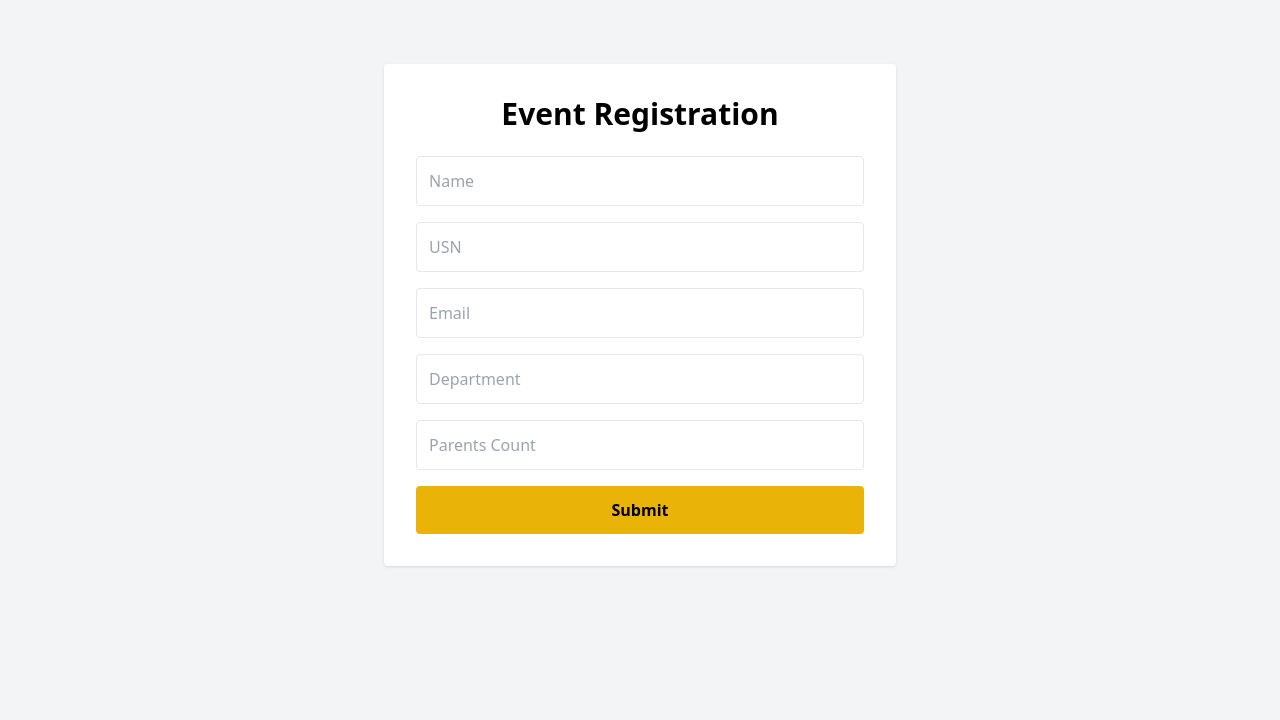
Repository: shravanramakunja/EventEase
Page: http://localhost/register
These files come from the project's save history. The page is drawn as it stood at one moment and after the next save; the edit follows.
The browser window is 1280 px wide. The pictures show the whole page.
Some web libraries are served in a nearby version. The page is served by the project's Node server (server.js). Other server files are loaded and not shown.

Above is the page before, as saved 2025-11-29 16:12:57.

### views/register.ejs
<!DOCTYPE html>
<html>
<head>
  <title>Register</title>
  <script src="https://cdn.tailwindcss.com"></script>
</head>

<body class="bg-gray-100">

<div class="max-w-lg mx-auto mt-16 bg-white p-8 rounded shadow">
  <h1 class="text-3xl font-bold mb-6 text-center">Event Registration</h1>

  <form action="/register" method="POST" class="space-y-4">

    <input type="text" name="name" placeholder="Name"
      class="w-full border p-3 rounded" required>

    <input type="text" name="usn" placeholder="USN"
      class="w-full border p-3 rounded" required>

    <input type="email" name="email" placeholder="Email"
      class="w-full border p-3 rounded" required>

    <input type="text" name="department" placeholder="Department"
      class="w-full border p-3 rounded" required>

    <input type="number" name="parents" placeholder="Parents Count"
      class="w-full border p-3 rounded" required>

    <button class="w-full bg-yellow-500 hover:bg-yellow-600 text-black font-bold py-3 rounded">
      Submit
    </button>
  </form>
</div>

</body>
</html>

### server.js
// server.js

require("dotenv").config();
const express = require("express");
const path = require("path");
const session = require("express-session");
const bodyParser = require("body-parser");

const userRoutes = require("./routes/userRoutes");
const adminRoutes = require("./routes/adminRoutes");
const checkinRoutes = require("./routes/checkinRoutes");
const connectDB = require("./config/db");

const app = express();

// =====================
//  CONNECT DATABASE
// =====================
connectDB();

// =====================
//  MIDDLEWARE
// =====================
app.use(bodyParser.urlencoded({ extended: true }));
app.use(bodyParser.json());
app.use(express.json());
app.use(express.static(path.join(__dirname, "public")));

app.use(
  session({
    secret: process.env.SESSION_SECRET || "somesecretkey",
    resave: false,
    saveUninitialized: false,
    cookie: { maxAge: 24 * 60 * 60 * 1000 }
  })
);

// =====================
//  VIEW ENGINE
// =====================
app.set("view engine", "ejs");
app.set("views", path.join(__dirname, "views"));

// =====================
//  ROUTES
// =====================
app.use("/", userRoutes);
app.use("/admin", adminRoutes);
app.use("/checkin", checkinRoutes);
app.use("/checkin", require("./routes/checkinRoutes"));

// =====================
//  START SERVER
// =====================
const PORT = process.env.PORT || 5000;
app.listen(PORT, () => {
  console.log(`🚀 Server running on http://localhost:${PORT}`);
});

### routes/userRoutes.js
const express = require("express");
const router = express.Router();
const userController = require("../controllers/userController");

// Landing Page (Home)
router.get("/", (req, res) => {
  res.render("index");
});

// Show Registration Form
router.get("/register", (req, res) => {
  res.render("register");  // This is the new register.ejs
});

// Handle Registration Submit
router.post("/register", userController.registerUser);

// Success Page
router.get("/success", (req, res) => {
  res.render("success");
});

module.exports = router;

After the next save:
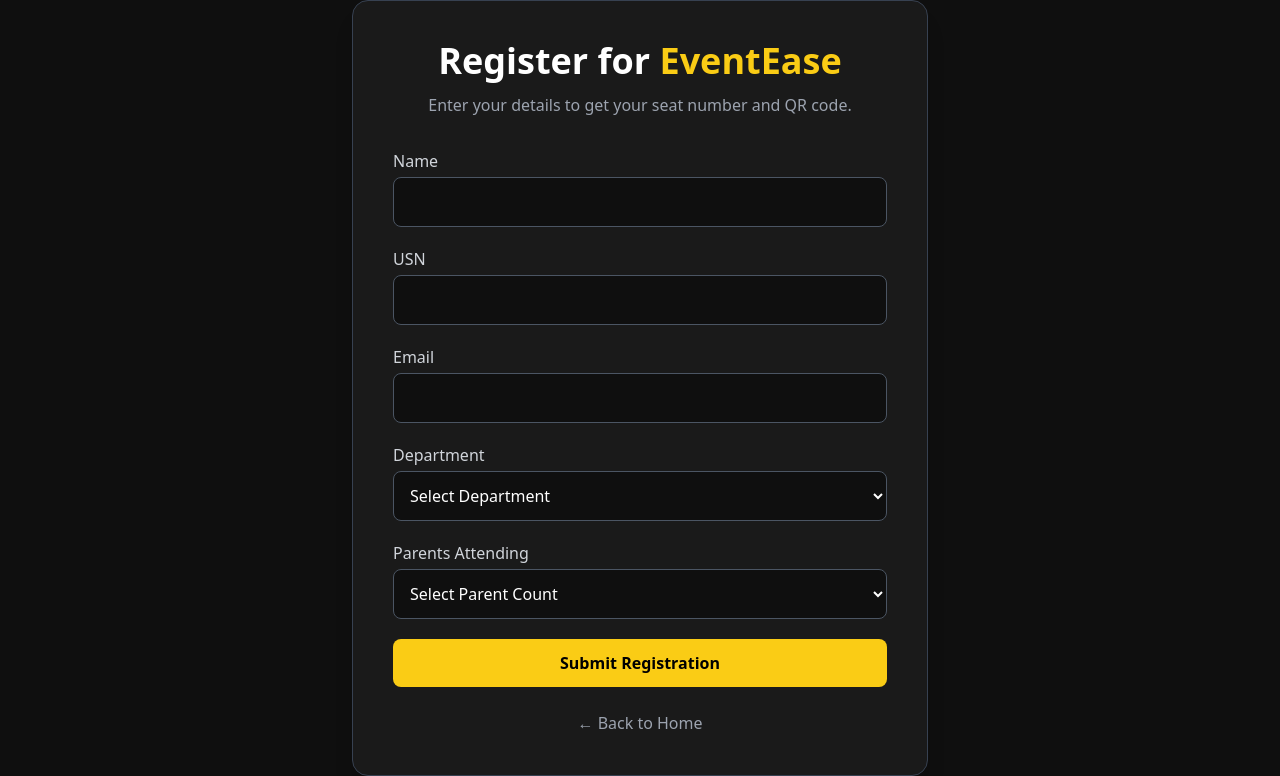
Saved 3 min 0 s later.
--- a/views/register.ejs
+++ b/views/register.ejs
@@ -1,37 +1,112 @@
 <!DOCTYPE html>
-<html>
+<html lang="en">
 <head>
-  <title>Register</title>
+  <meta charset="UTF-8">
+  <title>Register • EventEase</title>
   <script src="https://cdn.tailwindcss.com"></script>
 </head>
 
-<body class="bg-gray-100">
+<body class="bg-[#0f0f0f] text-white min-h-screen flex items-center justify-center px-4">
 
-<div class="max-w-lg mx-auto mt-16 bg-white p-8 rounded shadow">
-  <h1 class="text-3xl font-bold mb-6 text-center">Event Registration</h1>
+  <div class="bg-[#1a1a1a] border border-gray-700 p-10 rounded-2xl shadow-xl max-w-xl w-full">
 
-  <form action="/register" method="POST" class="space-y-4">
+    <h1 class="text-4xl font-extrabold text-center mb-3">
+      Register for <span class="text-yellow-400">EventEase</span>
+    </h1>
 
-    <input type="text" name="name" placeholder="Name"
-      class="w-full border p-3 rounded" required>
+    <p class="text-center text-gray-400 mb-8">
+      Enter your details to get your seat number and QR code.
+    </p>
 
-    <input type="text" name="usn" placeholder="USN"
-      class="w-full border p-3 rounded" required>
+    <form action="/register" method="POST" class="space-y-5">
 
-    <input type="email" name="email" placeholder="Email"
-      class="w-full border p-3 rounded" required>
+      <!-- NAME -->
+      <div>
+        <label class="block mb-1 text-gray-300 font-medium">Name</label>
+        <input
+          type="text"
+          name="name"
+          required
+          class="w-full p-3 rounded-lg bg-[#0f0f0f] border border-gray-600 text-white focus:border-yellow-400 focus:outline-none">
+      </div>
 
-    <input type="text" name="department" placeholder="Department"
-      class="w-full border p-3 rounded" required>
+      <!-- USN -->
+      <div>
+        <label class="block mb-1 text-gray-300 font-medium">USN</label>
+        <input
+          type="text"
+          name="usn"
+          required
+          class="w-full p-3 rounded-lg bg-[#0f0f0f] border border-gray-600 text-white focus:border-yellow-400 focus:outline-none">
+      </div>
 
-    <input type="number" name="parents" placeholder="Parents Count"
-      class="w-full border p-3 rounded" required>
+      <!-- EMAIL -->
+      <div>
+        <label class="block mb-1 text-gray-300 font-medium">Email</label>
+        <input
+          type="email"
+          name="email"
+          required
+          class="w-full p-3 rounded-lg bg-[#0f0f0f] border border-gray-600 text-white focus:border-yellow-400 focus:outline-none">
+      </div>
 
-    <button class="w-full bg-yellow-500 hover:bg-yellow-600 text-black font-bold py-3 rounded">
-      Submit
-    </button>
-  </form>
-</div>
+      <!-- DEPARTMENT DROPDOWN -->
+      <div>
+        <label class="block mb-1 text-gray-300 font-medium">Department</label>
+        <select
+          name="department"
+          required
+          class="w-full p-3 rounded-lg bg-[#0f0f0f] border border-gray-600 text-white focus:border-yellow-400 focus:outline-none">
+
+          <option value="" disabled selected>Select Department</option>
+
+          <option value="CSE">CSE – Computer Science Engineering</option>
+          <option value="ISE">ISE – Information Science Engineering</option>
+          <option value="ECE">ECE – Electronics & Communication</option>
+          <option value="EEE">EEE – Electrical & Electronics</option>
+          <option value="ME">ME – Mechanical Engineering</option>
+          <option value="CE">CE – Civil Engineering</option>
+          <option value="AI & ML">AI & ML – Artificial Intelligence & Machine Learning</option>
+          <option value="AI & DS">AI & DS – Artificial Intelligence & Data Science</option>
+          <option value="RA">Robotics & Automation</option>
+          <option value="BCA">BCA / Computer Applications</option>
+
+        </select>
+      </div>
+
+      <!-- PARENTS DROPDOWN -->
+      <div>
+        <label class="block mb-1 text-gray-300 font-medium">Parents Attending</label>
+        <select
+          name="parents"
+          required
+          class="w-full p-3 rounded-lg bg-[#0f0f0f] border border-gray-600 text-white focus:border-yellow-400 focus:outline-none">
+
+          <option value="" disabled selected>Select Parent Count</option>
+
+          <option value="0">No Parents</option>
+          <option value="1">1 Parent</option>
+          <option value="2">2 Parents</option>
+
+        </select>
+      </div>
+
+      <!-- SUBMIT BUTTON -->
+      <button
+        class="w-full bg-yellow-400 text-black font-bold py-3 rounded-lg hover:bg-yellow-300 transition">
+        Submit Registration
+      </button>
+
+    </form>
+
+    <!-- BACK TO HOME -->
+    <div class="text-center mt-6">
+      <a href="/" class="text-gray-400 hover:text-yellow-400 transition">
+        ← Back to Home
+      </a>
+    </div>
+
+  </div>
 
 </body>
 </html>
